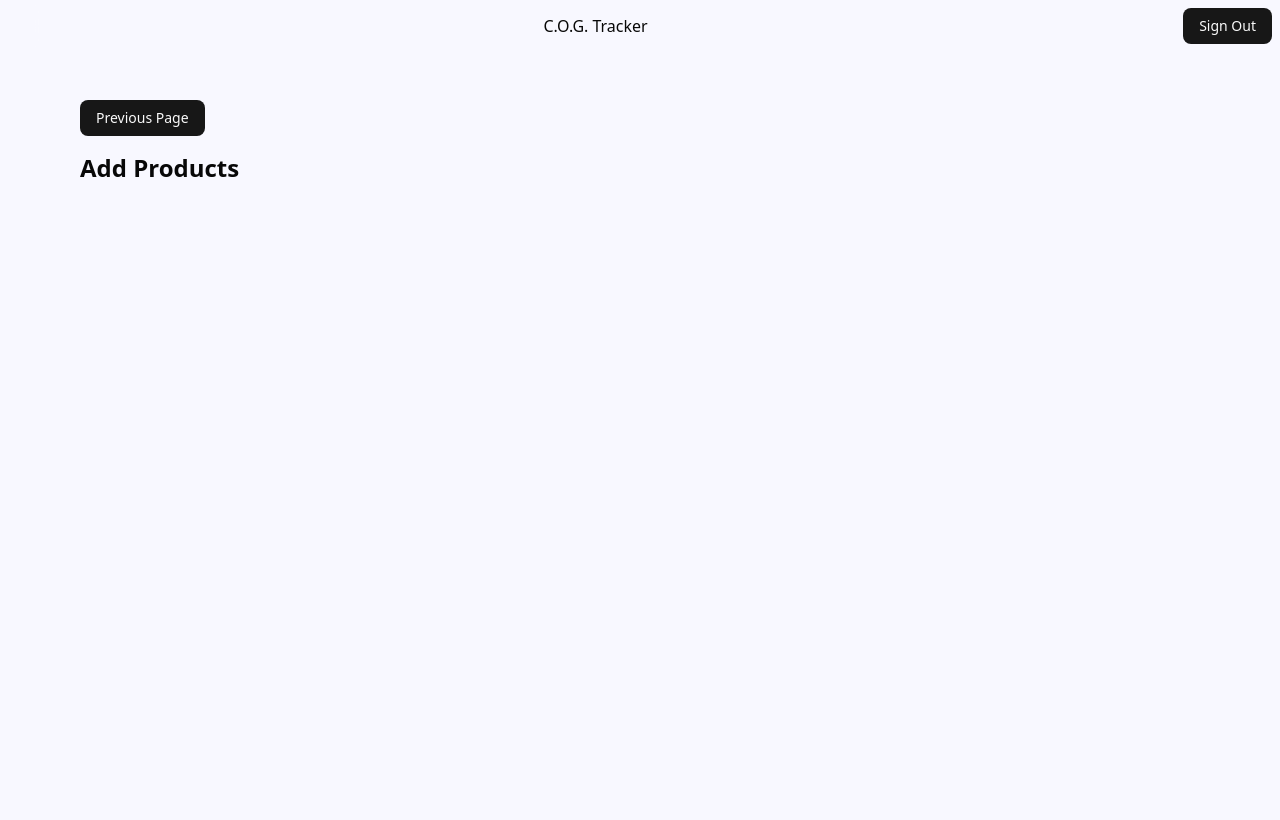
Repository: Renzo-Salosagcol/cog_tracker
Page: /dashboard/add-tracker/add-products
An editor plug-in stored every save of this project. The page is shown before and after the next save, followed by the edit.
The browser window is 1280 px wide. The pictures show the whole page.
The page's requests for data from a server got no answer. The project was rebuilt for these pictures with package versions that can differ from the ones it lists, and the page was loaded fresh each time. The framework's server and built-in components were replaced by stand-ins that run in the browser. No one was signed in, and anything a server would have sent is missing. Also part of the build but not shown: next.config.ts.

Above is the page before, as saved 2026-01-14 20:55:37.

### app/layout.tsx
import type { Metadata } from "next";
import { Geist, Geist_Mono } from "next/font/google";
import "./globals.css";

const geistSans = Geist({
  variable: "--font-geist-sans",
  subsets: ["latin"],
});

const geistMono = Geist_Mono({
  variable: "--font-geist-mono",
  subsets: ["latin"],
});

export const metadata: Metadata = {
  title: "COG Tracker",
  description: "COG tracker created to track client owned goods in a centralized and easily accessible way",
};

export default function RootLayout({
  children,
}: Readonly<{
  children: React.ReactNode;
}>) {
  return (
    <html lang="en">
      <body
        className={`${geistSans.variable} ${geistMono.variable} antialiased`}
      >
        {children}
      </body>
    </html>
  );
}

### app/dashboard/add-tracker/add-products/page.tsx
"use client";

import { Navbar } from "@/components/navbar";
import { Button } from "@/components/ui/button";
import { Separator } from "@/components/ui/separator";

import { useRouter } from "next/navigation";

export default function AddProductsPage() {
  const router = useRouter();

  const moveToPreviousPage = () => {
    router.push(`/dashboard/add-tracker`);
  }

  return (
    <div className="root-page-element bg-background items-center justify-center p-10">
      <Navbar />
      <div className="w-full min-h-screen h-full flex flex-col gap-4 p-10 mt-5">
        <div className="items-start">
          <Button onClick={moveToPreviousPage}>Previous Page</Button>
        </div>
        <h1 className="font-bold text-2xl">
          Add Products
        </h1>
      </div>
    </div>
  );
}

### app/globals.css
@import "tailwindcss";
@import "tw-animate-css";

@custom-variant dark (&:is(.dark *));

@theme inline {
  --radius-sm: calc(var(--radius) - 4px);
  --radius-md: calc(var(--radius) - 2px);
  --radius-lg: var(--radius);
  --radius-xl: calc(var(--radius) + 4px);
  --radius-2xl: calc(var(--radius) + 8px);
  --radius-3xl: calc(var(--radius) + 12px);
  --radius-4xl: calc(var(--radius) + 16px);
  --color-background: var(--background);
  --color-foreground: var(--foreground);
  --color-card: var(--card);
  --color-card-foreground: var(--card-foreground);
  --color-popover: var(--popover);
  --color-popover-foreground: var(--popover-foreground);
  --color-primary: var(--primary);
  --color-primary-foreground: var(--primary-foreground);
  --color-secondary: var(--secondary);
  --color-secondary-foreground: var(--secondary-foreground);
  --color-muted: var(--muted);
  --color-muted-foreground: var(--muted-foreground);
  --color-accent: var(--accent);
  --color-accent-foreground: var(--accent-foreground);
  --color-destructive: var(--destructive);
  --color-border: var(--border);
  --color-input: var(--input);
  --color-ring: var(--ring);
  --color-chart-1: var(--chart-1);
  --color-chart-2: var(--chart-2);
  --color-chart-3: var(--chart-3);
  --color-chart-4: var(--chart-4);
  --color-chart-5: var(--chart-5);
  --color-sidebar: var(--sidebar);
  --color-sidebar-foreground: var(--sidebar-foreground);
  --color-sidebar-primary: var(--sidebar-primary);
  --color-sidebar-primary-foreground: var(--sidebar-primary-foreground);
  --color-sidebar-accent: var(--sidebar-accent);
  --color-sidebar-accent-foreground: var(--sidebar-accent-foreground);
  --color-sidebar-border: var(--sidebar-border);
  --color-sidebar-ring: var(--sidebar-ring);
  --color-facebook: var(--facebook-blue);
}

:root {
  --radius: 0.625rem;
  --background: #f8f8ff; /* Ghost White */
  --foreground: #080808; /* Vampire Black */
  --card: oklch(1 0 0);
  --card-foreground: oklch(0.145 0 0);
  --popover: oklch(1 0 0);
  --popover-foreground: oklch(0.145 0 0);
  --primary: oklch(0.205 0 0);
  --primary-foreground: oklch(0.985 0 0);
  --secondary: oklch(0.97 0 0);
  --secondary-foreground: oklch(0.205 0 0);
  --muted: oklch(0.97 0 0);
  --muted-foreground: oklch(0.556 0 0);
  --accent: oklch(0.97 0 0);
  --accent-foreground: oklch(0.205 0 0);
  --destructive: oklch(0.577 0.245 27.325);
  --border: oklch(0.922 0 0);
  --input: oklch(0.922 0 0);
  --ring: oklch(0.708 0 0);
  --chart-1: oklch(0.646 0.222 41.116);
  --chart-2: oklch(0.6 0.118 184.704);
  --chart-3: oklch(0.398 0.07 227.392);
  --chart-4: oklch(0.828 0.189 84.429);
  --chart-5: oklch(0.769 0.188 70.08);
  --sidebar: oklch(0.985 0 0);
  --sidebar-foreground: oklch(0.145 0 0);
  --sidebar-primary: oklch(0.205 0 0);
  --sidebar-primary-foreground: oklch(0.985 0 0);
  --sidebar-accent: oklch(0.97 0 0);
  --sidebar-accent-foreground: oklch(0.205 0 0);
  --sidebar-border: oklch(0.922 0 0);
  --sidebar-ring: oklch(0.708 0 0);
  --facebook-blue: #0165E1;
}

.dark {
  --background: #080808; /* Vampire Black */
  --foreground: #f8f8ff; /* Ghost White */
  --card: oklch(0.205 0 0);
  --card-foreground: oklch(0.985 0 0);
  --popover: oklch(0.205 0 0);
  --popover-foreground: oklch(0.985 0 0);
  --primary: oklch(0.922 0 0);
  --primary-foreground: oklch(0.205 0 0);
  --secondary: oklch(0.269 0 0);
  --secondary-foreground: oklch(0.985 0 0);
  --muted: oklch(0.269 0 0);
  --muted-foreground: oklch(0.708 0 0);
  --accent: oklch(0.269 0 0);
  --accent-foreground: oklch(0.985 0 0);
  --destructive: oklch(0.704 0.191 22.216);
  --border: oklch(1 0 0 / 10%);
  --input: oklch(1 0 0 / 15%);
  --ring: oklch(0.556 0 0);
  --chart-1: oklch(0.488 0.243 264.376);
  --chart-2: oklch(0.696 0.17 162.48);
  --chart-3: oklch(0.769 0.188 70.08);
  --chart-4: oklch(0.627 0.265 303.9);
  --chart-5: oklch(0.645 0.246 16.439);
  --sidebar: oklch(0.205 0 0);
  --sidebar-foreground: oklch(0.985 0 0);
  --sidebar-primary: oklch(0.488 0.243 264.376);
  --sidebar-primary-foreground: oklch(0.985 0 0);
  --sidebar-accent: oklch(0.269 0 0);
  --sidebar-accent-foreground: oklch(0.985 0 0);
  --sidebar-border: oklch(1 0 0 / 10%);
  --sidebar-ring: oklch(0.556 0 0);
  --facebook-blue: #0165E1;
}

@layer base {
  * {
    @apply border-border outline-ring/50;
  }
  body {
    @apply bg-background text-foreground;
  }
}

@utility root-page-element {
  @apply min-h-screen flex flex-col items-center justify-center top-0 left-0 w-full;
}

@utility glassmorphism {
  @apply bg-background/70 backdrop-blur-lg
}

### components/navbar.tsx
import { supabase } from "@/lib/supabase"
import { Button } from "./ui/button"
import { getUserInformation } from "@/lib/supabase"
import { useRouter } from "next/navigation";
import { useState, useEffect } from "react";

export const Navbar = () => {
  const router = useRouter();
  const [user, setUser] = useState(null);

  useEffect(() => {
    const getUser = async () => {
      const supabaseUser = await getUserInformation();
      setUser(supabaseUser);
    };
    getUser();
  }, []);

  async function signOut() {
    let { error } = await supabase.auth.signOut()
  }

  useEffect(() => {
    const { data: { subscription } } = supabase.auth.onAuthStateChange((event, session) => {
      if (event == "SIGNED_OUT") {
          router.push("/");
      }
    });
    return () => subscription?.unsubscribe();
  }, [router]);

  return (
    <nav className="top-0 left-0 w-full glassmorphism fixed">
      <div className="flex flex-row items-center justify-between p-2">
        <div className="items-left">{user?.email}</div>
        <h1>C.O.G. Tracker</h1>
        <Button onClick={signOut}>Sign Out</Button>
      </div>
    </nav>
  )
}

### components/ui/button.tsx
import * as React from "react"
import { Slot } from "@radix-ui/react-slot"
import { cva, type VariantProps } from "class-variance-authority"

import { cn } from "@/lib/utils"

const buttonVariants = cva(
  "inline-flex items-center justify-center gap-2 whitespace-nowrap rounded-md text-sm font-medium transition-all disabled:pointer-events-none disabled:opacity-50 [&_svg]:pointer-events-none [&_svg:not([class*='size-'])]:size-4 shrink-0 [&_svg]:shrink-0 outline-none focus-visible:border-ring focus-visible:ring-ring/50 focus-visible:ring-[3px] aria-invalid:ring-destructive/20 dark:aria-invalid:ring-destructive/40 aria-invalid:border-destructive cursor-pointer",
  {
    variants: {
      variant: {
        default: "bg-primary text-primary-foreground hover:bg-primary/90",
        destructive:
          "bg-destructive text-white hover:bg-destructive/90 focus-visible:ring-destructive/20 dark:focus-visible:ring-destructive/40 dark:bg-destructive/60",
        outline:
          "border bg-background shadow-xs hover:bg-accent hover:text-accent-foreground dark:bg-input/30 dark:border-input dark:hover:bg-input/50",
        secondary:
          "bg-secondary text-secondary-foreground hover:bg-secondary/80",
        ghost:
          "hover:bg-accent hover:text-accent-foreground dark:hover:bg-accent/50",
        link: "text-primary underline-offset-4 hover:underline",
        facebook: "bg-facebook text-white hover:bg-facebook/90",
      },
      size: {
        default: "h-9 px-4 py-2 has-[>svg]:px-3",
        sm: "h-8 rounded-md gap-1.5 px-3 has-[>svg]:px-2.5",
        lg: "h-10 rounded-md px-6 has-[>svg]:px-4",
        icon: "size-9",
        "icon-sm": "size-8",
        "icon-lg": "size-10",
      },
    },
    defaultVariants: {
      variant: "default",
      size: "default",
    },
  }
)

function Button({
  className,
  variant = "default",
  size = "default",
  asChild = false,
  ...props
}: React.ComponentProps<"button"> &
  VariantProps<typeof buttonVariants> & {
    asChild?: boolean
  }) {
  const Comp = asChild ? Slot : "button"

  return (
    <Comp
      data-slot="button"
      data-variant={variant}
      data-size={size}
      className={cn(buttonVariants({ variant, size, className }))}
      {...props}
    />
  )
}

export { Button, buttonVariants }

### lib/supabase.ts
import { createClient } from '@supabase/supabase-js';

const supabaseUrl = process.env.NEXT_PUBLIC_SUPABASE_URL;
const supabaseAnonKey = process.env.NEXT_PUBLIC_SUPABASE_ANON_KEY;

export const supabase = createClient(supabaseUrl, supabaseAnonKey);

export async function getUserInformation() {
  const { data: { user } } = await supabase.auth.getUser()

  return user;
}

### components/ui/input.tsx
import * as React from "react"

import { cn } from "@/lib/utils"

function Input({ className, type, ...props }: React.ComponentProps<"input">) {
  return (
    <input
      type={type}
      data-slot="input"
      className={cn(
        "file:text-foreground placeholder:text-muted-foreground selection:bg-primary selection:text-primary-foreground dark:bg-input/30 border-input h-9 w-full min-w-0 rounded-md border bg-transparent px-3 py-1 text-base shadow-xs transition-[color,box-shadow] outline-none file:inline-flex file:h-7 file:border-0 file:bg-transparent file:text-sm file:font-medium disabled:pointer-events-none disabled:cursor-not-allowed disabled:opacity-50 md:text-sm",
        "focus-visible:border-ring focus-visible:ring-ring/50 focus-visible:ring-[3px]",
        "aria-invalid:ring-destructive/20 dark:aria-invalid:ring-destructive/40 aria-invalid:border-destructive",
        className
      )}
      {...props}
    />
  )
}

export { Input }

### components/ui/separator.tsx
"use client"

import * as React from "react"
import * as SeparatorPrimitive from "@radix-ui/react-separator"

import { cn } from "@/lib/utils"

function Separator({
  className,
  orientation = "horizontal",
  decorative = true,
  ...props
}: React.ComponentProps<typeof SeparatorPrimitive.Root>) {
  return (
    <SeparatorPrimitive.Root
      data-slot="separator"
      decorative={decorative}
      orientation={orientation}
      className={cn(
        "bg-foreground shrink-0 data-[orientation=horizontal]:h-px data-[orientation=horizontal]:w-full data-[orientation=vertical]:h-full data-[orientation=vertical]:w-px",
        className
      )}
      {...props}
    />
  )
}

export { Separator }

Loaded but not shown: lib/utils.ts (common file); components/ui/label.tsx (common file)

After the next save:
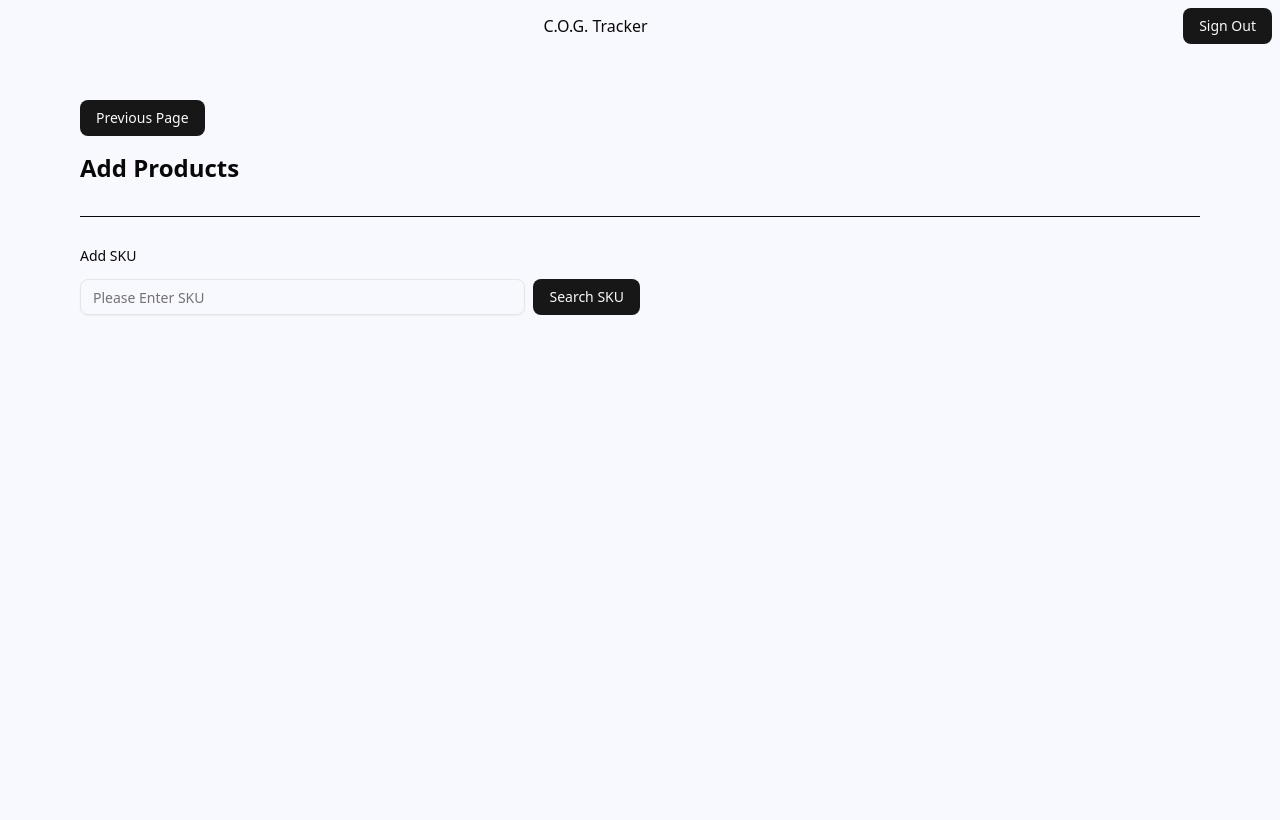
Saved 66 s later.
--- a/app/dashboard/add-tracker/add-products/page.tsx
+++ b/app/dashboard/add-tracker/add-products/page.tsx
@@ -2,6 +2,8 @@
 
 import { Navbar } from "@/components/navbar";
 import { Button } from "@/components/ui/button";
+import { Label } from "@/components/ui/label";
+import { Input } from "@/components/ui/input";
 import { Separator } from "@/components/ui/separator";
 
 import { useRouter } from "next/navigation";
@@ -23,6 +25,14 @@ export default function AddProductsPage() {
         <h1 className="font-bold text-2xl">
           Add Products
         </h1>
+        <Separator className="my-4" />
+        <div className="flex flex-col gap-4">
+          <Label htmlFor="add-sku">Add SKU</Label>
+          <div className="flex gap-2 w-1/2">
+            <Input id="add-sku" placeholder="Please Enter SKU"/>
+            <Button>Search SKU</Button>
+          </div>
+        </div>
       </div>
     </div>
   );
